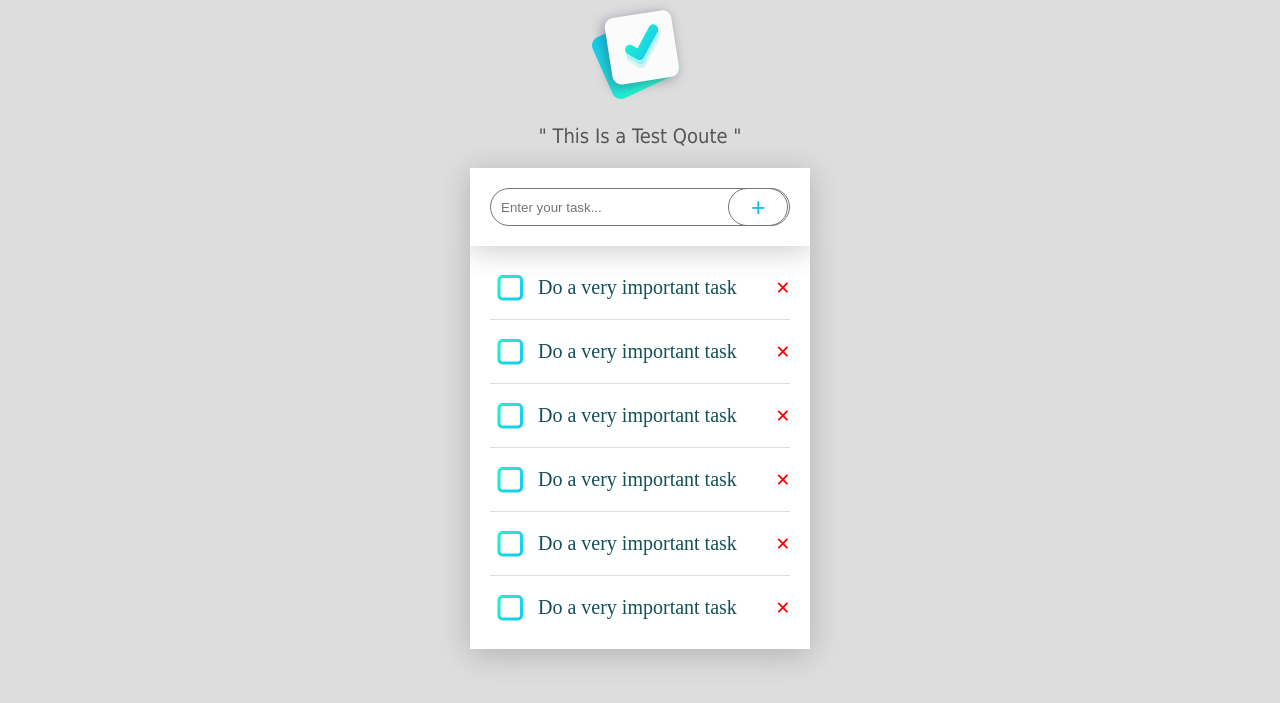
Repository: ahmedhamed15/React-Todo
Page: /
The author's editor kept a copy of each file at every save. The page is drawn from the files as they stood at one save, then again after the next save.
The browser window is 1280 px wide. The pictures show the whole page.
The project was rebuilt for these pictures with package versions that can differ from the ones it lists, and the page was loaded fresh each time.

Above is the page before, as saved 2021-07-26 23:17:06.

### src/index.js
import React from 'react';
import ReactDOM from 'react-dom';
import './index.scss';
import App from './App';

ReactDOM.render(<App />,document.getElementById('root'));

### src/index.scss
html {
  background: #ddd;
  height: 100%;
  display: flex;
}
body {
  width: 100%;
  margin: auto;
  margin: 0;
  padding: 0;
}

### src/App.js
import MainLogo from "./components/MainLogo";
import Qoute from "./components/Qoute";
import TodoList from "./components/Todos/TodoList";

function App() {
  return (
    <section className="App">
      <MainLogo />
      <Qoute />
      <TodoList />
    </section>
  );
}

export default App;

### src/components/MainLogo/index.js
import "./style.scss"

const index = () => {
    return (
        <section className="main-logo">
            <svg width="100px" height="100px" viewBox="0 0 100 100" version="1.1" xmlns="http://www.w3.org/2000/svg" xmlnsXlink="http://www.w3.org/1999/xlink">
                <desc>Created with Sketch.</desc>
                <defs>
                <linearGradient x1="34.9523037%" y1="0%" x2="116.039609%" y2="115.484477%" id="linearGradient-1">
                    <stop stop-color="#27FDC7" offset="0%"></stop>
                    <stop stop-color="#0FC0F5" offset="100%"></stop>
                </linearGradient>
                <rect id="path-2" x="19.8783454" y="5.46149939" width="67.2578578" height="67.2008596" rx="8.99999976"></rect>
                <filter x="-35.7%" y="-28.3%" width="162.4%" height="162.5%" filterUnits="objectBoundingBox" id="filter-3">
                    <feOffset dx="-3" dy="2" in="SourceAlpha" result="shadowOffsetOuter1"></feOffset>
                    <feGaussianBlur stdDeviation="6.5" in="shadowOffsetOuter1" result="shadowBlurOuter1"></feGaussianBlur>
                    <feColorMatrix values="0 0 0 0 0.0296505968   0 0 0 0 0.0172602666   0 0 0 0 0.100446429  0 0 0 0.423177083 0" type="matrix" in="shadowBlurOuter1"></feColorMatrix>
                </filter>
                <linearGradient x1="0%" y1="0%" x2="115.291753%" y2="112.548614%" id="linearGradient-4">
                    <stop stop-color="#27FDC7" offset="0%"></stop>
                    <stop stop-color="#0FC0F5" offset="83.2001616%"></stop>
                    <stop stop-color="#27FDC7" offset="100%"></stop>
                </linearGradient>
                <path d="M40.2086259,6.21042694 C39.2480415,5.24152695 38.1027468,4.75708888 36.7727039,4.75708888 C35.4426658,4.75708888 34.3096854,5.24152695 33.3737297,6.21042694 L16.3049725,23.7622477 L12.0193093,19.3649757 C11.0833536,18.3960804 9.9503732,17.9116376 8.62033507,17.9116376 C7.29029269,17.9116376 6.14499751,18.3960804 5.1844131,19.3649757 C4.24845898,20.3338709 3.78048896,21.5077058 3.78048896,22.8865186 C3.78048896,24.2653314 4.24845898,25.4391663 5.1844131,26.4080615 L12.8690505,34.3082476 C13.8296349,35.2771428 14.9749296,35.7615833 16.3049725,35.7615833 C17.6350106,35.7615833 18.767991,35.2771428 19.7039467,34.3082476 L40.2086259,13.2535128 C41.1445816,12.2597758 41.61255,11.0797257 41.61255,9.71333379 C41.61255,8.34694665 41.1445816,7.17932216 40.2086259,6.21042694 Z" id="path-5"></path>
                <filter x="-51.5%" y="-62.9%" width="203.1%" height="225.8%" filterUnits="objectBoundingBox" id="filter-6">
                    <feOffset dx="0" dy="0" in="SourceAlpha" result="shadowOffsetOuter1"></feOffset>
                    <feGaussianBlur stdDeviation="6.5" in="shadowOffsetOuter1" result="shadowBlurOuter1"></feGaussianBlur>
                    <feColorMatrix values="0 0 0 0 1   0 0 0 0 1   0 0 0 0 1  0 0 0 0.588937953 0" type="matrix" in="shadowBlurOuter1"></feColorMatrix>
                </filter>
                </defs>
                <g id="Page-1" stroke="none" stroke-width="1" fill="none" fill-rule="evenodd">
                <g id="Artboard-2" transform="translate(-214.000000, -272.000000)">
                    <g id="Group-4" transform="translate(201.000000, 269.000000)">
                        <g id="Group-3" transform="translate(58.787474, 58.534712) rotate(-6.000000) translate(-58.787474, -58.534712) translate(5.642436, 5.434712)">
                            <g id="Group-2" transform="translate(52.899385, 53.035097) rotate(7.000000) translate(-52.899385, -53.035097) translate(5.609309, 5.785097)">
                            <path d="M20.0219734,15.1240886 L74.1829282,14.1930575 C79.1527566,14.1076258 83.2508546,18.0672116 83.3362864,23.03704 C83.3371726,23.0885978 83.3376158,23.1401624 83.3376158,23.1917278 L83.3376158,72.0429044 C83.3376158,76.9531616 79.4018358,80.9571794 74.4923039,81.0415747 L20.3313491,81.9726057 C15.3615207,82.0580374 11.2634227,78.0984516 11.1779909,73.1286232 C11.1771047,73.0770654 11.1766615,73.0255009 11.1766615,72.9739354 L11.1766615,24.1227589 C11.1766615,19.2125016 15.1124415,15.2084838 20.0219734,15.1240886 Z" id="Rectangle" fill="url(#linearGradient-1)" transform="translate(47.257139, 48.082832) scale(-1, -1) rotate(-25.000000) translate(-47.257139, -48.082832) "></path>
                            <g id="Rectangle" transform="translate(53.507274, 39.061929) rotate(-10.000000) translate(-53.507274, -39.061929) ">
                                <use fill="black" fill-opacity="1" filter="url(#filter-3)" xlinkHref="#path-2"></use>
                                <use fill="#FBFBFB" fill-rule="evenodd" xlinkHref="#path-2"></use>
                            </g>
                            </g>
                        </g>
                        <g id="Group-5" transform="translate(43.000000, 26.000000)">
                            <path d="M41.1093892,10.5623533 C40.1488048,9.59345333 39.0035101,9.10901526 37.6734673,9.10901526 C36.3434291,9.10901526 35.2104488,9.59345333 34.274493,10.5623533 L17.2057358,28.1141741 L12.9200727,23.716902 C11.9841169,22.7480068 10.8511366,22.263564 9.52109843,22.263564 C8.19105605,22.263564 7.04576086,22.7480068 6.08517646,23.716902 C5.14922234,24.6857973 4.68125232,25.8596322 4.68125232,27.238445 C4.68125232,28.6172578 5.14922234,29.7910927 6.08517646,30.7599879 L13.7698139,38.660174 C14.7303983,39.6290692 15.875693,40.1135096 17.2057358,40.1135096 C18.535774,40.1135096 19.6687543,39.6290692 20.6047101,38.660174 L41.1093892,17.6054392 C42.045345,16.6117022 42.5133134,15.4316521 42.5133134,14.0652602 C42.5133134,12.698873 42.045345,11.5312485 41.1093892,10.5623533 Z" id="Page-1" fill="url(#linearGradient-4)" opacity="0.3" transform="translate(23.597283, 24.611262) rotate(-16.000000) translate(-23.597283, -24.611262) "></path>
                            <path d="M42.0101526,14.2623533 C41.0495682,13.2934533 39.9042735,12.8090153 38.5742306,12.8090153 C37.2441925,12.8090153 36.1112121,13.2934533 35.1752564,14.2623533 L18.1064992,31.8141741 L13.820836,27.416902 C12.8848803,26.4480068 11.7518999,25.963564 10.4218618,25.963564 C9.09181941,25.963564 7.94652422,26.4480068 6.98593982,27.416902 C6.78271177,27.6272827 6.60154798,27.8473258 6.4424483,28.0770317 C5.8688243,28.9052219 5.58201568,29.8590202 5.58201568,30.938445 C5.58201568,32.3172578 6.04998569,33.4910927 6.98593982,34.4599879 L14.6705772,42.360174 C15.6311616,43.3290692 16.7764563,43.8135096 18.1064992,43.8135096 C19.4365373,43.8135096 20.5695177,43.3290692 21.5054734,42.360174 L42.0101526,21.3054392 C42.9461083,20.3117022 43.4140767,19.1316521 43.4140767,17.7652602 C43.4140767,16.398873 42.9461083,15.2312485 42.0101526,14.2623533 Z" id="Page-1" fill="url(#linearGradient-4)" opacity="0.2" transform="translate(24.498046, 28.311262) rotate(-16.000000) translate(-24.498046, -28.311262) "></path>
                            <g id="Page-1" transform="translate(22.696519, 20.259336) rotate(-16.000000) translate(-22.696519, -20.259336) ">
                            <use fill="black" fill-opacity="1" filter="url(#filter-6)" xlinkHref="#path-5"></use>
                            <use fill="url(#linearGradient-4)" fill-rule="evenodd" xlinkHref="#path-5"></use>
                            </g>
                        </g>
                    </g>
                </g>
                </g>
            </svg>
        </section>
    )
}

export default index

### src/components/Qoute/index.js
import "./style.scss"

const index = () => {
    return (
        <section className="qoute">
            <blockquote> This Is a Test Qoute </blockquote>
        </section>
    )
}

export default index

### src/components/Todos/TodoList/index.js
import TodoItem from "../TodoItem";
import TodoFrom from "../TodoForm";
import "./style.scss"

const index = () => {
    return (
        <section className="todos-list">

            {/* General SVG code for checkbox */}
            <svg viewBox="0 0 0 0" style={ {position: 'absolute', zIndex: '-1', opacity: '0'} }>
                <defs>
                <linearGradient id="boxGradient" gradientUnits="userSpaceOnUse" x1="0" y1="0" x2="25" y2="25">
                    <stop offset="0%"   stop-color="#27FDC7"/>
                    <stop offset="100%" stop-color="#0FC0F5"/>
                </linearGradient>

                <linearGradient id="lineGradient">
                    <stop offset="0%"    stop-color="#0FC0F5"/>
                    <stop offset="100%"  stop-color="#27FDC7"/>
                </linearGradient>

                <path id="todo__line" stroke="url(#lineGradient)" d="M21 12.3h168v0.1z"></path>
                <path id="todo__box" stroke="url(#boxGradient)" d="M21 12.7v5c0 1.3-1 2.3-2.3 2.3H8.3C7 20 6 19 6 17.7V7.3C6 6 7 5 8.3 5h10.4C20 5 21 6 21 7.3v5.4"></path>
                <path id="todo__check" stroke="url(#boxGradient)" d="M10 13l2 2 5-5"></path>
                <circle id="todo__circle" cx="13.5" cy="12.5" r="10"></circle>
                </defs>
            </svg>


            {/* Todo From */}
            <TodoFrom />

            {/* Todos List */}
            <div className="todo-list">
                <TodoItem />
                <TodoItem />
                <TodoItem />
                <TodoItem />
                <TodoItem />
                <TodoItem />
            </div>

        </section>
    )
}

export default index

### src/components/MainLogo/style.scss
.main-logo {
    text-align: center;
}

### src/components/Qoute/style.scss
.qoute {
    text-align: center;
    blockquote {
        font: {
            size: 20px;
            family: 'tahoma', arial;
            weight: 500;
        }
        color: #555;
        &::after,
        &::before {
            content: ' " ';
        }
    }
}

### src/components/Todos/TodoItem/index.js
import "./style.scss"

const index = () => {
    return (
        <label className="todo">
            <input className="todo__state" type="checkbox" />

            <svg xmlns="http://www.w3.org/2000/svg" xmlnsXlink="http://www.w3.org/1999/xlink" viewBox="0 0 200 25" className="todo__icon">
                <use xlinkHref="#todo__line" className="todo__line"></use>
                <use xlinkHref="#todo__box" className="todo__box"></use>
                <use xlinkHref="#todo__check" className="todo__check"></use>
                <use xlinkHref="#todo__circle" className="todo__circle"></use>
            </svg>

            <div className="todo__text">Do a very important task</div>

            <span className="todo__delete-btn"> &times; </span>

        </label>
    )
}

export default index

### src/components/Todos/TodoForm/index.js
import "./style.scss";

const index = () => {
    return (
        <form className="todo-form">
            <input type="text" className="todo-form__input-type" placeholder="Enter your task..." />
            <button type="submit" className="todo-form__button-type"> + </button>
        </form>
    )
}

export default index

### src/components/Todos/TodoList/style.scss
.todo-list {
    background: #FFF;
    font-size: 20px;
    max-width: 15em;
    margin: auto;
    padding: 0.5em 1em;
    box-shadow: 0 5px 30px rgba(0, 0, 0, 0.2);
}

### src/components/Todos/TodoItem/style.scss
  .todo {
    display: block;
    position: relative;
    padding: 1em 1em 1em 16%;
    margin: 0 auto;
    cursor: pointer;
    border-bottom: solid 1px #ddd;
  }
  .todo:last-child {
    border-bottom: none;
  }
  .todo__state {
    position: absolute;
    top: 0;
    left: 0;
    opacity: 0;
  }
  .todo__text {
    color: #135156;
    transition: all 0.4s linear 0.4s;
    padding-right: 20px;
  }
  .todo__icon {
    position: absolute;
    top: 0;
    bottom: 0;
    left: 0;
    width: 100%;
    height: auto;
    margin: auto;
    fill: none;
    stroke: #27FDC7;
    stroke-width: 2;
    stroke-linejoin: round;
    stroke-linecap: round;
  }
  .todo__line,
  .todo__box,
  .todo__check {
    transition: stroke-dashoffset 0.8s cubic-bezier(0.9, 0, 0.5, 1);
  }
  .todo__circle {
    stroke: #27FDC7;
    stroke-dasharray: 1 6;
    stroke-width: 0;
    transform-origin: 13.5px 12.5px;
    transform: scale(0.4) rotate(0deg);
    -webkit-animation: none 0.8s linear;
            animation: none 0.8s linear;
  }
  @-webkit-keyframes explode {
    30% {
      stroke-width: 3;
      stroke-opacity: 1;
      transform: scale(0.8) rotate(40deg);
    }
    100% {
      stroke-width: 0;
      stroke-opacity: 0;
      transform: scale(1.1) rotate(60deg);
    }
  }
  @keyframes explode {
    30% {
      stroke-width: 3;
      stroke-opacity: 1;
      transform: scale(0.8) rotate(40deg);
    }
    100% {
      stroke-width: 0;
      stroke-opacity: 0;
      transform: scale(1.1) rotate(60deg);
    }
  }
  .todo__box {
    stroke-dasharray: 56.1053, 56.1053;
    stroke-dashoffset: 0;
    transition-delay: 0.16s;
  }
  .todo__check {
    stroke: #27FDC7;
    stroke-dasharray: 9.8995, 9.8995;
    stroke-dashoffset: 9.8995;
    transition-duration: 0.32s;
  }
  .todo__line {
    stroke-dasharray: 168, 1684;
    stroke-dashoffset: 168;
  }
  .todo__circle {
    -webkit-animation-delay: 0.56s;
            animation-delay: 0.56s;
    -webkit-animation-duration: 0.56s;
            animation-duration: 0.56s;
  }
  .todo__state:checked ~ .todo__text {
    transition-delay: 0s;
    color: #5EBEC1;
    opacity: 0.6;
  }
  .todo__state:checked ~ .todo__icon .todo__box {
    stroke-dashoffset: 56.1053;
    transition-delay: 0s;
  }
  .todo__state:checked ~ .todo__icon .todo__line {
    stroke-dashoffset: -8;
  }
  .todo__state:checked ~ .todo__icon .todo__check {
    stroke-dashoffset: 0;
    transition-delay: 0.48s;
  }
  .todo__state:checked ~ .todo__icon .todo__circle {
    -webkit-animation-name: explode;
            animation-name: explode;
  }
  .todo__delete-btn {
    color: red;
    font: {
      size: 25px;
      weight: bold
    };
    position: absolute;
    top: 50%;
    right: 0;
    transform: translateY(-50%);
  }

### src/components/Todos/TodoForm/style.scss
.todo-form {
    background: #FFF;
    font-size: 20px;
    max-width: 15em;
    margin: auto;
    padding: 1em;
    box-shadow: 0 5px 30px rgba(0, 0, 0, 0.2);
    display: flex;
    position: relative;
    .todo-form__input-type,
    .todo-form__button-type {
        height: 30px;
        border: 1px solid #777
    }
    .todo-form__input-type {
        width: 100%;
        padding: 3px 10px;
        border-radius: 30px;
        &:focus {
            outline: 0;
        }
    }
    .todo-form__button-type {
        border-radius: 30px;
        width: 60px;
        height: 38px;
        background: none;
        color: #0FC0F5;
        cursor: pointer;
        position: absolute;
        right: 0.87em;
        top: 50%;
        transform: translateY(-50%);
        font: {
            size: 25px;
        }
    }
}

Loaded but not shown: public/index.html (common file)

After the next save:
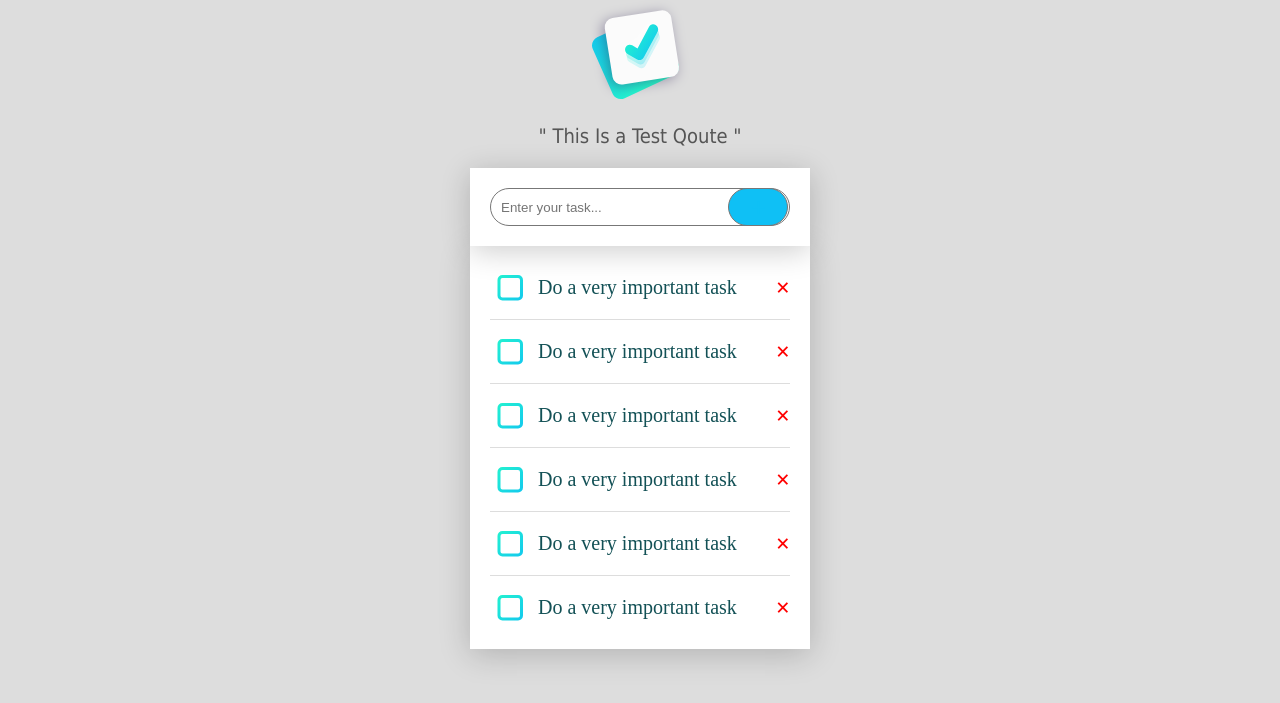
Saved 17 s later.
--- a/src/components/Todos/TodoForm/style.scss
+++ b/src/components/Todos/TodoForm/style.scss
@@ -29,6 +29,7 @@
         cursor: pointer;
         position: absolute;
         right: 0.87em;
+        background-color: #0FC0F5;
         top: 50%;
         transform: translateY(-50%);
         font: {
